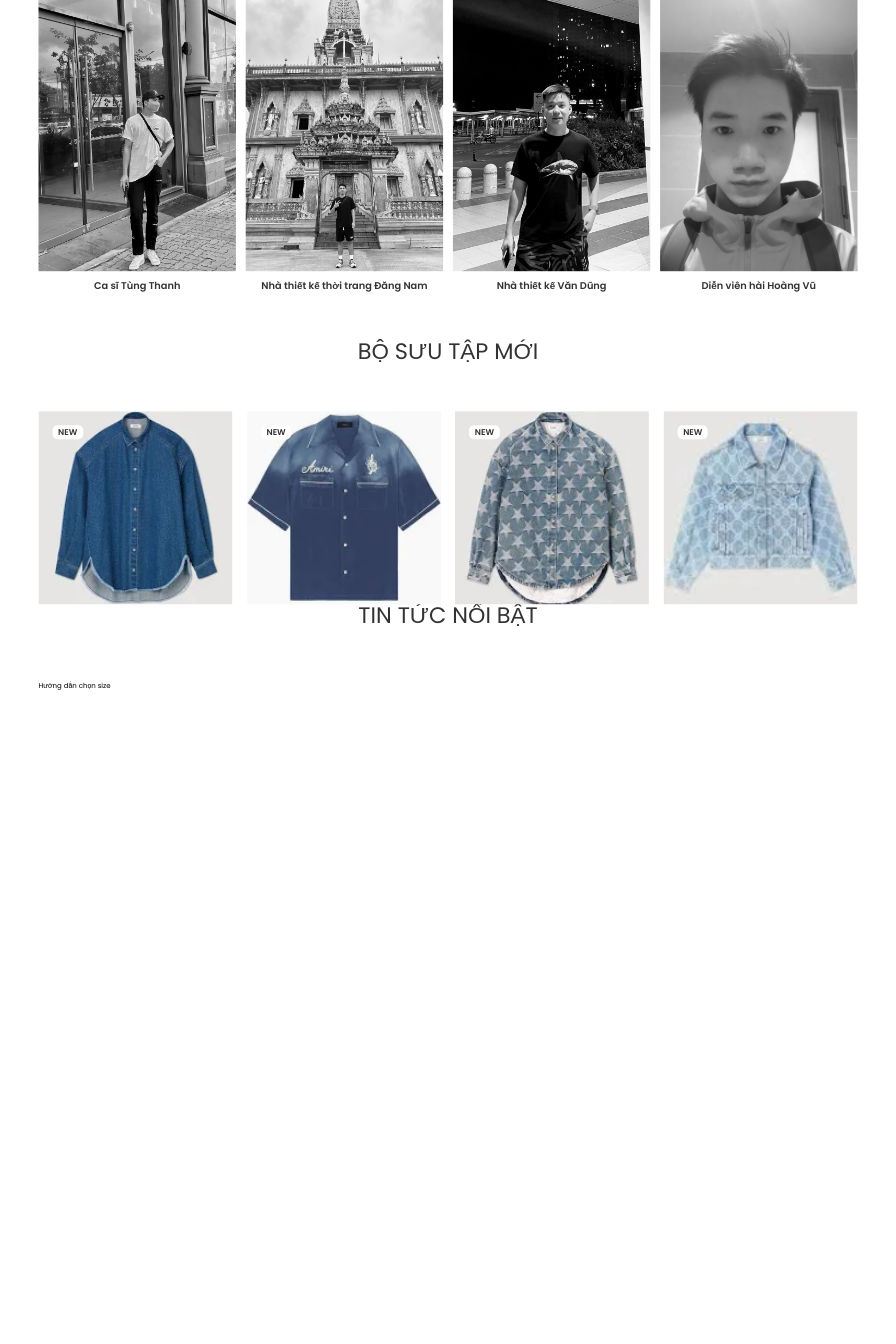
Repository: hoang28092000/kinsmanClothes
Page: index.html
The author's editor kept a copy of each file at every save. The page is drawn from the files as they stood at one save, then again after a run of saves.
The browser window is 1280 px wide. The pictures show the part of the page from y = 1528 to 3448 px (the page is 5080 px tall), at 70% of full size.

Above is the page before, as saved 2025-05-07 01:31:51.

### index.html
<!DOCTYPE html>
<html lang="en">
  <head>
    <meta charset="UTF-8" />
    <meta name="viewport" content="width=device-width, initial-scale=1.0" />
    <link rel="preconnect" href="https://fonts.googleapis.com" />
    <link rel="preconnect" href="https://fonts.gstatic.com" crossorigin />
    <link
      href="https://fonts.googleapis.com/css2?family=Poppins:ital,wght@0,100;0,200;0,300;0,400;0,500;0,600;0,700;0,800;0,900;1,100;1,200;1,300;1,400;1,500;1,600;1,700;1,800;1,900&display=swap"
      rel="stylesheet"
    />
    <link
      rel="stylesheet"
      href="https://cdnjs.cloudflare.com/ajax/libs/font-awesome/6.7.2/css/all.min.css"
      integrity="sha512-Evv84Mr4kqVGRNSgIGL/F/aIDqQb7xQ2vcrdIwxfjThSH8CSR7PBEakCr51Ck+w+/U6swU2Im1vVX0SVk9ABhg=="
      crossorigin="anonymous"
      referrerpolicy="no-referrer"
    />
    <link rel="stylesheet" href="./css/reset.css" />
    <link rel="stylesheet" href="./css/main.css" />

    <title>KinsManClothes</title>
  </head>
  <body style="height: 5000px">
    <header class="header">
      <div class="container">
        <div class="content-header">
          <div class="logo">
            <a href="./index.html">
              <img
                src="./asset/logo/logo-kinsmann.svg"
                alt="KinsManClothes Logo"
              />
            </a>
          </div>
          <nav class="nav">
            <ul>
              <li><a href="./index.html">Sản Phẩm</a></li>
              <li><a href="./about.html">Giới thiệu</a></li>
              <li><a href="./shop.html">Chính Sách</a></li>
              <li><a href="./shop.html">Tin tức</a></li>
              <li><a href="./contact.html">Liên hệ</a></li>
            </ul>
          </nav>
          <div class="search-box">
            <input type="text" placeholder="Tìm kiếm sản phẩm..." />
            <button type="submit">Tìm kiếm</button>
          </div>
        </div>
      </div>
    </header>

    <main>
      <div class="content-main">
        <div class="slider" id="slider">
          <img
            src="./asset/banner/banner-1.png"
            alt="banner"
            class="slide active"
          />
          <img src="./asset/banner/banner-2.png" alt="banner" class="slide" />
          <img src="./asset/banner/banner-3.png" alt="banner" class="slide" />
          <a href="#category-list"><i class="fa-solid fa-arrow-down arrow-continue"></i></a>
        </div>
      </div>
      <div class="container">
        <section class="category-list" id="category-list">
          <div class="card-wrapper">
            <img
              src="./asset/image/model-6.jpg"
              alt=""
              class="img-category-1"
            />
            <div class="overlay">
              <h3>Jeans</h3>
              <a href="">Xem thêm</a>
            </div>
          </div>
          <div class="card-wrapper-2">
            <img src="./asset/image/model-2.webp" alt="" />
            <div class="overlay">
              <h3>Sơ mi</h3>
              <a href="">Xem thêm</a>
            </div>
          </div>
          <div class="card-wrapper-2">
            <img src="./asset/image/mode-10.jpg" alt="" />
            <div class="overlay">
              <h3>Áo thun</h3>
              <a href="">Xem thêm</a>
            </div>
          </div>
          <div class="card-wrapper-3">
            <img src="./asset/image/model-9.jpg" alt="" />
            <div class="overlay">
              <h3>Thắt lưng</h3>
              <a href="">Xem thêm</a>
            </div>
          </div>
        </section>
        <section class="celebrity">
          <h2 class="title-heading">NGƯỜI NỔI TIẾNG</h2>
          <div class="celebrity-list">
            <a href="">
              <div class="celebrity-item">
                <img src="./asset/image/celep-1.jpg" alt="" />
                <h3>Ca sĩ Tùng Thanh</h3>
              </div>
            </a>
            <a href=""
              ><div class="celebrity-item">
                <img src="./asset/image/celep-5.jpg" alt="" />
                <h3>Nhà thiết kế thời trang Đăng Nam</h3>
              </div></a
            >
            <a href=""
              ><div class="celebrity-item">
                <img src="./asset/image/celep-3.jpg" alt="" />
                <h3>Nhà thiết kế Văn Dũng</h3>
              </div></a
            >
            <a href=""
              ><div class="celebrity-item">
                <img src="./asset/image/celep-7.jpg" alt="" />
                <h3>Diễn viên hài Hoàng Vũ</h3>
              </div></a
            >
          </div>
        </section>
        <section class="collection">
          <h2 class="title-heading">BỘ SƯU TẬP MỚI</h2>
          <div class="list-collection">
            <a href="">
                <div class="item-collection">
                    <img src="./asset/image/j-4.webp" alt="this is collection">
                    <p>NEW</p>
                </div>
            </a>
            <a href="">
                <div class="item-collection">
                    <img src="./asset/image/j-5.webp" alt="this is collection">
                    <p>NEW</p>
                </div>
            </a>
            <a href="">
                <div class="item-collection">
                    <img src="./asset/image/j-6.webp" alt="this is collection">
                    <p>NEW</p>
                </div>
            </a>
            <a href="">
                <div class="item-collection">
                    <img src="./asset/image/j-7.webp" alt="this is collection">
                    <p>NEW</p>
                </div>
            </a>

          </div>
        </section>
        <section class="news">
            <h2 class="title-heading">TIN TỨC NỔI BẬT</h2>
            <div class="list-news">
                <div class="item-mews">
                    <img src="" alt="">
                    <div class="info-news">
                        <h3>
                            Hướng dẫn chọn size
                        </h3>
                        <p>

                        </p>
                    </div>
                </div>
            </div>
        </section>
      </div>
    </main>
    <footer></footer>

    <script src="./js/main.js"></script>
  </body>
</html>

### css/main.css
:root {
  --primary-color: #ff6347;
  --secondary-color: #4caf50;
  --background-color: #f0f0f0;
  --text-color: #333;
}
* {
  padding: 0;
  margin: 0;
  box-sizing: border-box;
}
html {
  font-family: "Poppins", sans-serif;
  font-size: 62.5%;
  scroll-behavior: smooth;
}

.container {
  width: 1170px;
  max-width: calc(100% - 48px);
  margin: 0 auto;
}
.content-header {
  display: flex;
  justify-content: space-between;
  align-items: center;
}
.header {
  position: fixed;
  height: 80px;
  top: 0;
  left: 0;
  right: 0;
  z-index: 999;
  background-color: white;
  box-shadow: 0 2px 4px rgba(0, 0, 0, 0.05);
}
.arrow-continue {
  position: absolute;
  bottom: 30px;
  left: 50%;
  z-index: 2;
  font-size: 2.4rem;
  color: #fff;
  border: 1px solid #fff;
  padding: 10px 14px;
  border-radius: 50%;
}
.arrow-continue:hover {
  background-color: var(--primary-color);
  color: #fff;
  transition: all 0.3s ease-in-out;
}
header .logo img {
  width: 200px;
  height: 80px;
}
.nav ul {
  display: flex;
  justify-content: space-between;
  gap: 20px;
}
.nav a {
  text-decoration: none;
  color: var(--text-color);
  font-size: 1.4rem;
  font-weight: 500;
  padding: 10px;
  transition: all 0.3s ease-in-out;
}
.nav a:hover {
  color: var(--primary-color);
}
.search-box {
  display: flex;
  align-items: center;
  gap: 10px;
}
.search-box input[type="text"] {
  padding: 6px;
  border: 1px solid var(--text-color);
  border-radius: 5px;
  font-size: 1.4rem;
  width: 200px;
  outline: none;
}
.search-box input[type="text"]:focus {
  border-color: var(--primary-color);
}
.search-box button[type="submit"] {
  background-color: #333;
  color: #fff;
  font-weight: 500;
  border: none;
  padding: 6px 12px;
  border-radius: 5px;
  cursor: pointer;
  font-size: 1.4rem;
  transition: all 0.3s ease-in-out;
}
.search-box button[type="submit"]:hover {
  background-color: var(--primary-color);
}

/* main */
.content-main {
  margin-top: 80px;
  border-radius: 10px;
  box-shadow: 0 2px 4px rgba(0, 0, 0, 0.1);
}
.slider {
  position: relative;
  width: 100%;
  height: 630px;
  overflow: hidden;
}
.slide {
  position: absolute;
  width: 100%;
  height: 100%;
  opacity: 0;
  transition: opacity 0.5s ease-in-out;
}
.slide.active {
  opacity: 1;
  z-index: 1;
}

.overlay {
  background-color: #928d8d;
  display: none;
}
.overlay h3 {
  color: #fff;
  font-size: 2.4rem;
}

.category-list {
  margin-top: 70px;
  display: grid;
  grid-template-columns: repeat(4, 1fr);
  grid-template-rows: repeat(2, 282px);
  gap: 10px;
}
.card-wrapper {
  position: relative;
  width: 100%;
  grid-column: span 2; /* chiếm 2 cột */
  grid-row: span 2;
  overflow: hidden;

}

.card-wrapper-2 {
  position: relative;
  width: 100%;
  overflow: hidden;

}
.card-wrapper-3 {
  position: relative;
  width: 100%;
  grid-column: span 2; /* chiếm 3 cột */
  grid-row: span 1;
  overflow: hidden;
}

.category-list img {
  width: 100%;
  height: 100%;
  object-fit: cover;
  object-position: top;
  transition: all 0.3s ease-in-out;
}

.card-wrapper-3 img {
  object-position: center;
}

.card-wrapper:hover .overlay,
.card-wrapper-2:hover .overlay,
.card-wrapper-3:hover .overlay {
  position: absolute;
  top: 0;
  left: 0;
  right: 0;
  bottom: 0;
  display: flex;
  flex-direction: column;
  justify-content: center;
  align-items: center;
  width: 100%;
  height: 100%;
  background-color: rgba(0, 0, 0, 0.5);
  transition: all 0.3s ease-in-out;
}
.overlay a {
  display: block;
  text-decoration: none;
  color: #fff;
  font-size: 1.6rem;
  margin-top: 30px;
  border: 1px solid #fff;
  padding: 10px 20px;
  transition: all 0.3s ease-in-out;
  border-radius: 5px;
    background-color: transparent;
}
.overlay a:hover {
  background-color: var(--primary-color);
  color: #fff;
}

.card-wrapper:hover img,
.card-wrapper-2:hover img,
.card-wrapper-3:hover img{
  transform: scale(1.05);
  transition: all 0.3s ease-in-out;
}

/* celebrity */
.celebrity{
    margin-top: 70px;

}
.title-heading{
    text-align: center;
    font-size: 3.2rem;
    color: var(--text-color);
    margin-bottom: 70px;
}
.celebrity-list{
    display: flex;
    justify-content: space-between;
    align-items: center;
}
.celebrity-list a{
    text-decoration: none;
}
.celebrity-item{
    position: relative;
    width: 282px;
}
.celebrity-item img{
    width: 100%;
    height: 390px;
    object-fit: cover;
    object-position: top;
    filter: blur(0px) grayscale(100%) sepia(0);
    transition: filter 0.4s ease;
}
.celebrity-item img:hover{
    filter: grayscale(0%);
    cursor: pointer;
}
.celebrity-item h3{
    font-size: 1.4rem;
    font-weight: 600;
    color: #333;
    margin-top: 12px;
    text-align: center;
}

/* collection */
.collection{
    margin-top: 70px;
}
.list-collection{
    display: flex;
    justify-content: space-between;
    align-items: center;
    gap: 10px;
}
.item-collection{
    position: relative;
    width: 277px;
    overflow: hidden;
    height: 276px;

}
.item-collection img{
    width: 100%;
    height: 100%;
    transition: transform 0.3s ease;
}
.item-collection p{
    position: absolute;
    top: 20px;
    left: 20px;
    background-color: #fff;
    color: #333;
    font-size: 1.2rem;
    font-weight: 600;
    padding: 4px 8px;
    border-radius: 7px;
}
.item-collection img:hover{
    transform: scale(1.05);
}

/* news */

### js/main.js
const sliders = document.querySelectorAll(".slide");
let current = 0;
let interval = null;

function showNextSlide() {
  sliders[current].classList.remove("active");
  current = (current + 1) % sliders.length;
  sliders[current].classList.add("active");
}
function startSlider() {
  interval = setInterval(showNextSlide, 2500);
}
function stopSlider() {
  clearInterval(interval);
}

const slider = document.getElementById("slider");
slider.addEventListener("mouseover", stopSlider);
slider.addEventListener("mouseleave", startSlider);

Loaded but not shown: css/reset.css (common file)

After the next 2 saves:
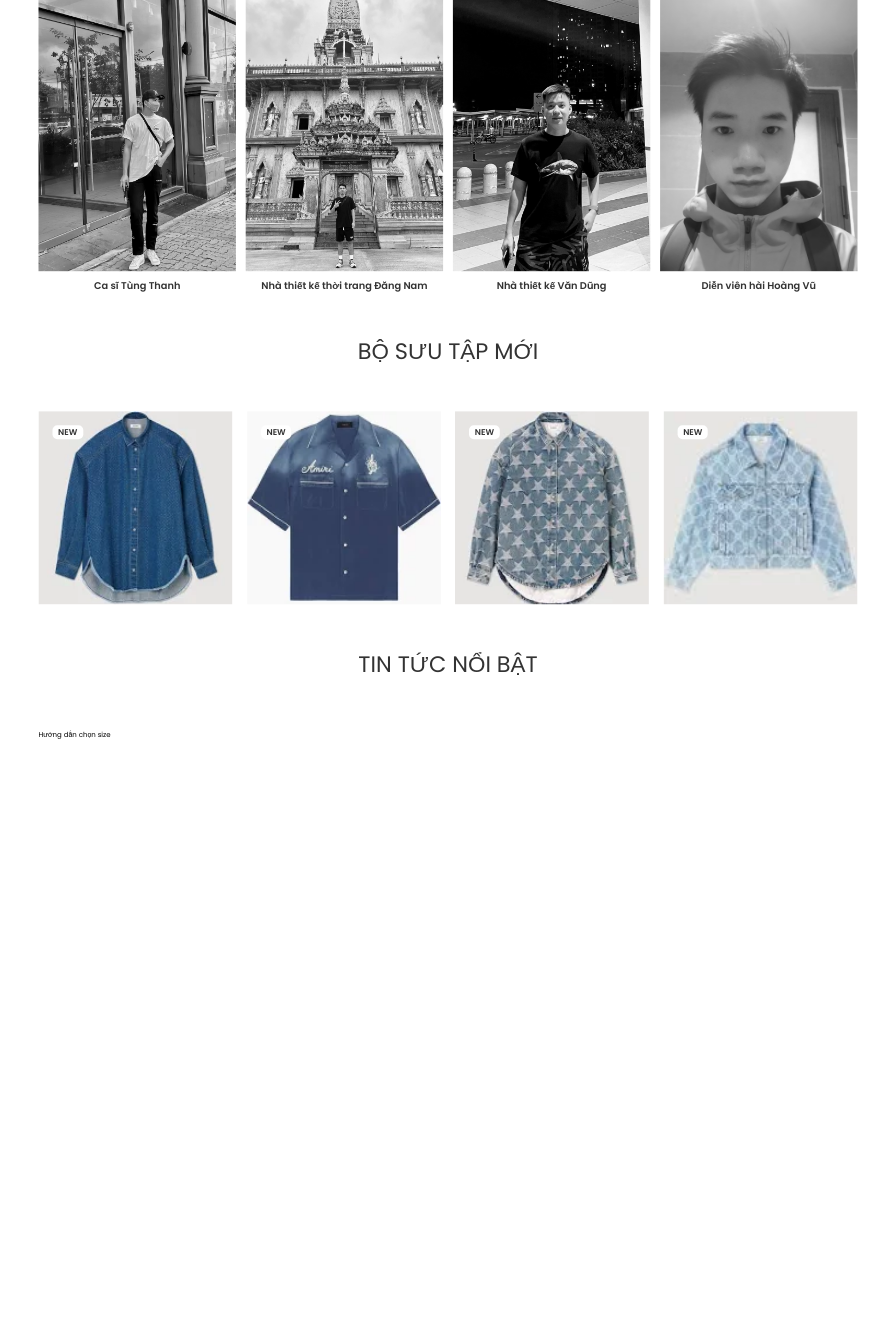
The 2 saves are shown as one change because they came seconds apart.
The last was saved 8 s later.
--- a/css/main.css
+++ b/css/main.css
@@ -299,3 +299,6 @@ header .logo img {
 }
 
 /* news */
+.news{
+    margin-top: 70px;
+}
